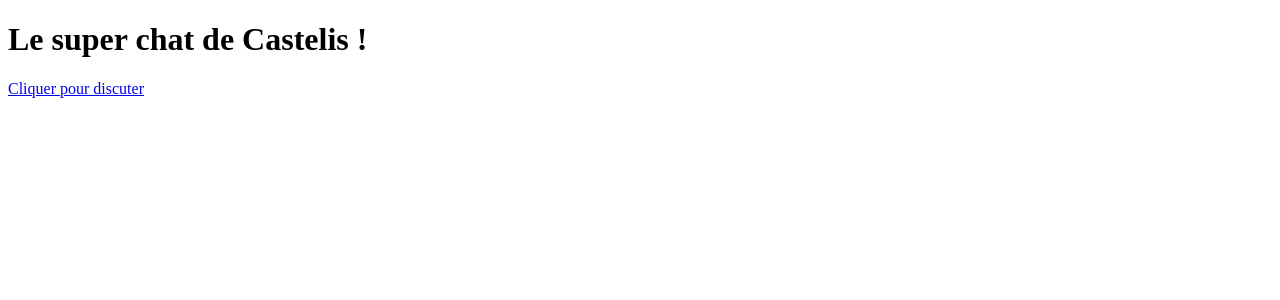
Repository: ahamie71/Whatsup
Page: http://localhost/
An editor plug-in stored every save of this project. The page is shown before and after the next save, followed by the edit.
The browser window is 1280 px wide. The pictures show the whole page.
The page is run by PHP 8.4 with error messages shown; the project is at /var/www/html/.

Above is the page before, as saved 2023-02-02 11:29:29.

After the next save:
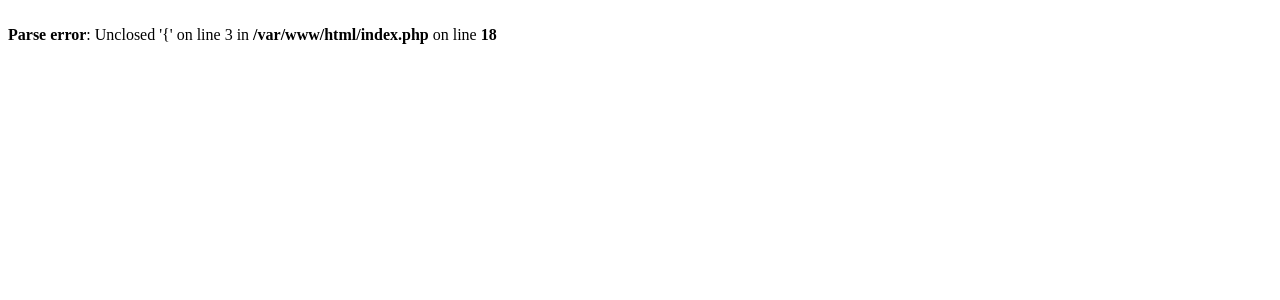
Saved 3 min 43 s later.
--- a/index.php
+++ b/index.php
@@ -5,8 +5,7 @@ if (isset($_GET['action'])) {
      if ($_GET['action'] == 'discuter') {
         require_once(dirname(__FILE__) . '/src/Controllers/MessageController.php');
         getMessages();
-        }
-} else {
+
         require_once(dirname(__FILE__) . '/src/Controllers/homepageController.php');
         homepage();
     }
